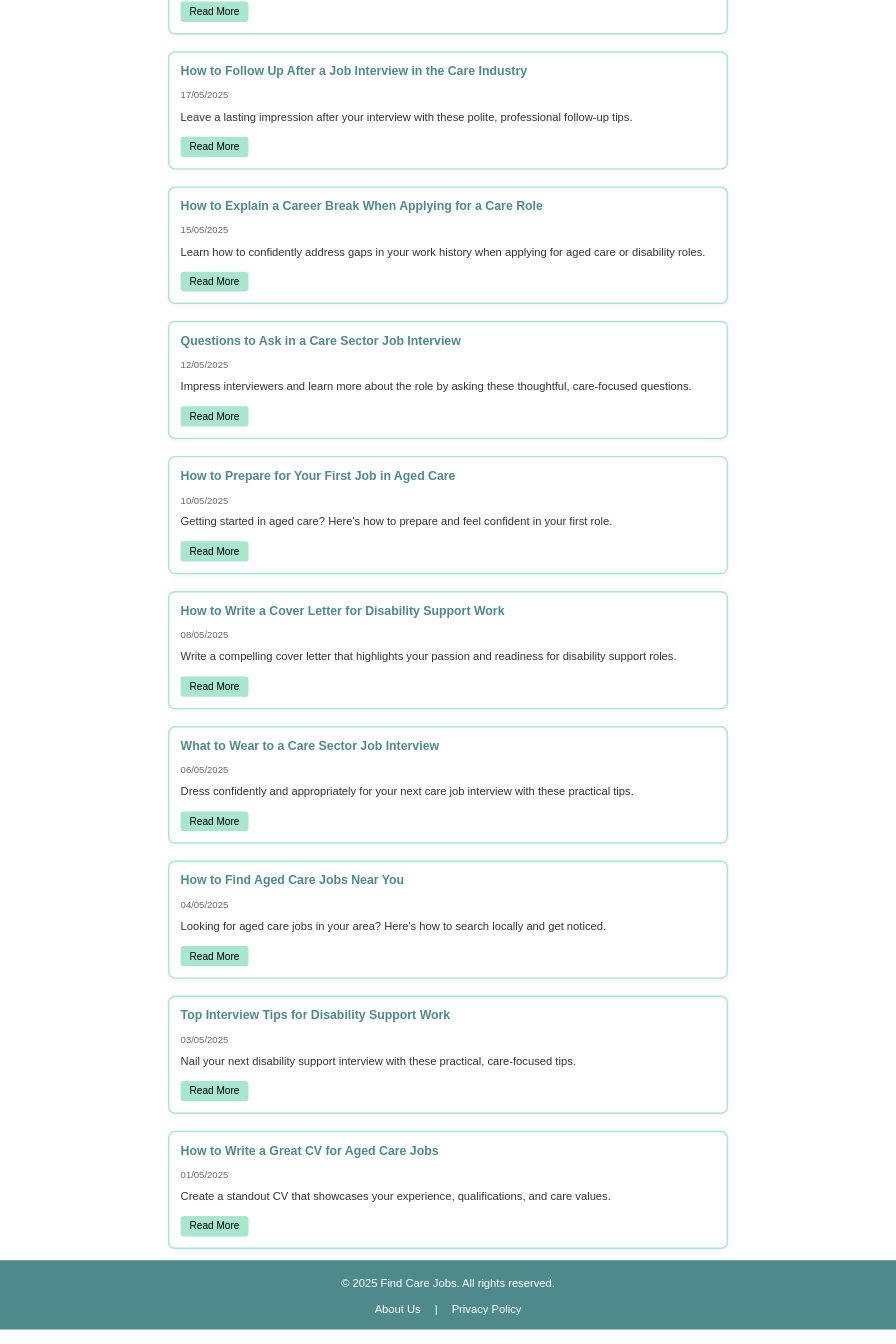
Repository: RichardCareJobs/find-care-jobs
Page: advice.html
The author's editor kept a copy of each file at every save. The page is drawn from the files as they stood at one save, then again after the next save.
The browser window is 1280 px wide. The pictures show the part of the page from y = 1535 to 3455 px (the page is 3455 px tall before and 3356 px after), at 70% of full size.

Above is the page before, as saved 2025-06-14 17:48:36.

### advice.html
<!DOCTYPE html>
<html lang="en">
<head>
    <!-- Google Tag Manager -->
<script>(function(w,d,s,l,i){w[l]=w[l]||[];w[l].push({'gtm.start':
    new Date().getTime(),event:'gtm.js'});var f=d.getElementsByTagName(s)[0],
    j=d.createElement(s),dl=l!='dataLayer'?'&l='+l:'';j.async=true;j.src=
    'https://www.googletagmanager.com/gtm.js?id='+i+dl;f.parentNode.insertBefore(j,f);
    })(window,document,'script','dataLayer','GTM-5VNSJFMC');</script>
    <!-- End Google Tag Manager -->

  <meta charset="UTF-8">
   <meta name="viewport" content="width=device-width, initial-scale=1.0" />
  <title>Find Care Jobs Advice</title>
   <link rel="stylesheet" href="styles.css" />
</head>
<body>
    <!-- Google Tag Manager (noscript) -->
<noscript><iframe src="https://www.googletagmanager.com/ns.html?id=GTM-5VNSJFMC"
    height="0" width="0" style="display:none;visibility:hidden"></iframe></noscript>
    <!-- End Google Tag Manager (noscript) -->
 <header>
      <div id="global-header"></div>
      </header>

  <main class="content">
    <div class="intro-container">
    <h1>Find Care Jobs Advice</h1>
<h2>Your guide to getting hired in aged care and disability support</h2>
<p>
  Whether you're just starting out or looking to take the next step in your care career, our advice hub is here to help.
  You'll find practical tips on writing strong job applications, preparing for interviews, and succeeding in roles across aged care and disability support.
  New articles are added regularly to support your journey into meaningful work.
</p>
</div>

    <div class="advice-wrapper">
    <div id="advice-container" class="advice-listing"></div>
  </div>
  </main>

  <div id="global-footer"></div>

  <script src="js/advice.js"></script>

<script>
  // Load global header and footer
  fetch('header.html')
    .then(res => res.text())
    .then(data => document.getElementById('global-header').innerHTML = data);

  fetch('footer.html')
    .then(res => res.text())
    .then(data => document.getElementById('global-footer').innerHTML = data);
</script>


</body>
</html>

### header.html
<header>
    <div class="header-container">

      <div class="logo">
  <a href="/">
    <img src="/images/FCJ-Logo-Horizontal.png" alt="Find Care Jobs" height="60" width="200" />
  </a>
</div>


      <!-- favicon -->
<link rel="icon" type="image/png" sizes="96x96" href="/favicon-96x96.png" />
<link rel="icon" type="image/svg+xml"       href="/favicon.svg"          />
<link rel="shortcut icon"                    href="/favicon.ico"          />
<link rel="apple-touch-icon" sizes="180x180" href="/apple-touch-icon.png" />
<meta name="apple-mobile-web-app-title" content="Find Care Jobs" />
<link rel="manifest"                         href="/site.webmanifest"     />


      <!-- Normal Nav Links (Desktop) -->
      <nav class="nav-links">
        <a href="/index.html">Home</a>
        <a href="/about.html">About</a>
        <a href="/aged-care-jobs.html">Aged Care Jobs</a>
        <a href="/disability-support-jobs.html">Disability Support Jobs</a>
        <a href="/advice.html">Advice</a>

      </nav>

      <!-- Hamburger Icon (Mobile) -->
      <div class="hamburger-menu" id="hamburger-menu">
        &#9776; <!-- A simple Unicode hamburger icon -->
      </div>
    </div>

    <!-- Collapsible Menu (Mobile) -->
    <nav class="mobile-nav" id="mobile-nav">
      <a href="/index.html">Home</a>
        <a href="/about.html">About</a>
        <a href="/aged-care-jobs.html">Aged Care Jobs</a>
        <a href="/disability-support-jobs.html">Disability Support Jobs</a>
        <a href="/advice.html">Advice</a>

    </nav>
  </header>

### footer.html
<footer class="global-footer">
    <p>&copy; 2025 Find Care Jobs. All rights reserved.</p>
    <nav>
        <a href="/about">About Us</a> |

        <a href="/privacy">Privacy Policy</a>
    </nav>
</footer>

Loaded but not shown: advice-posts.json (93 lines, source omitted); js/advice.js (27 lines, source omitted); styles.css (955 lines, source omitted)

After the next save:
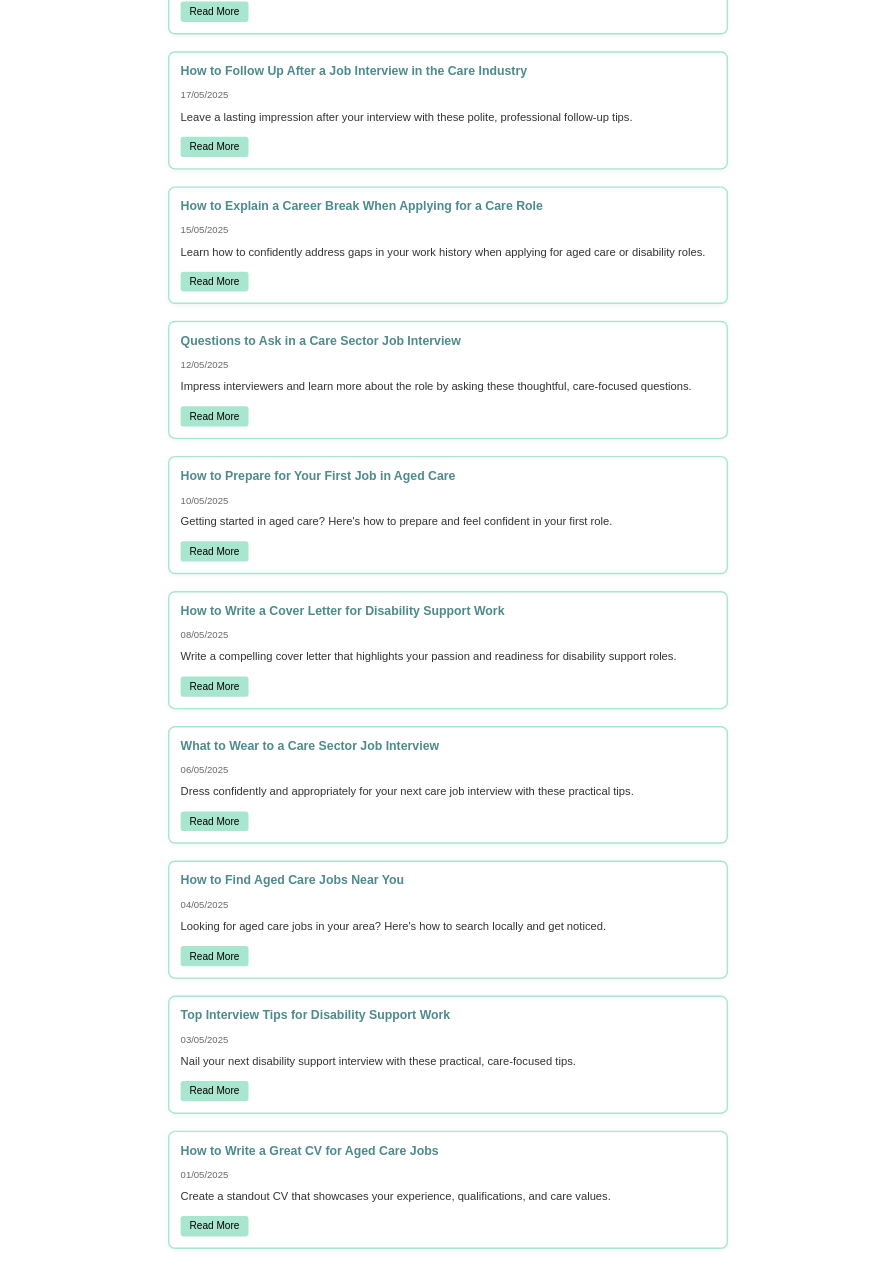
Console error: TypeError: Cannot set properties of null (setting 'innerHTML')
Saved 111 s later.
--- a/advice.html
+++ b/advice.html
@@ -39,7 +39,7 @@
   </div>
   </main>
 
-  <div id="global-footer"></div>
+
 
   <script src="js/advice.js"></script>
 

After the save that followed:
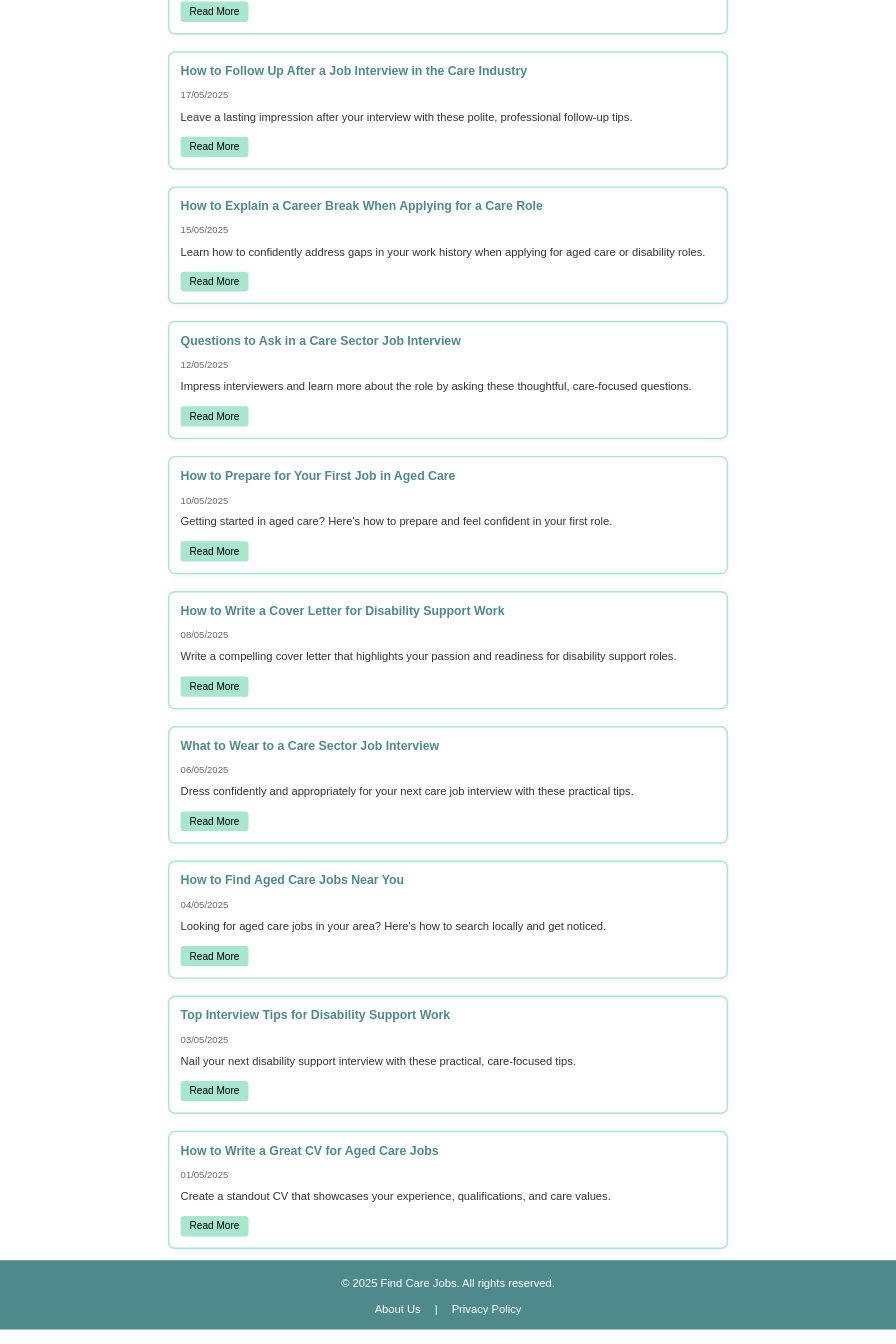
The error is gone.
Saved 11 s later.
--- a/advice.html
+++ b/advice.html
@@ -39,7 +39,7 @@
   </div>
   </main>
 
-
+  <div id="global-footer"></div>
 
   <script src="js/advice.js"></script>
 
